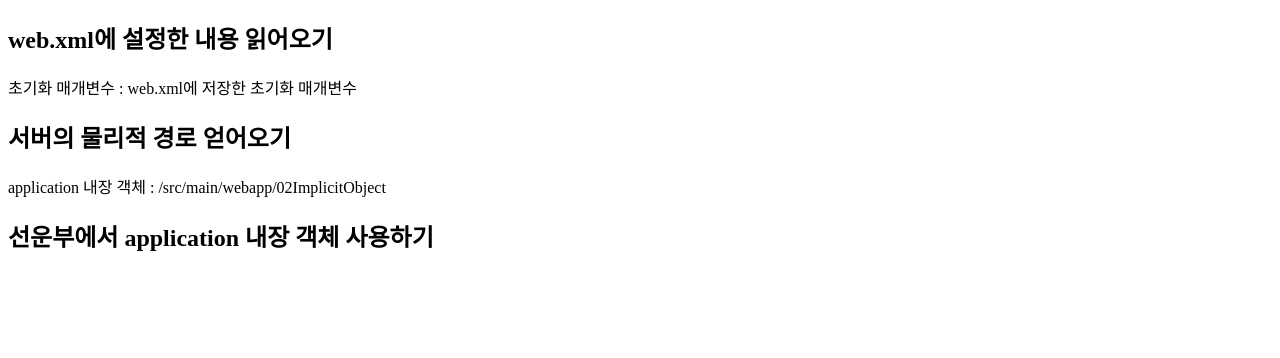
Repository: jjunyuongv/JSP_Servlet
Page: http://localhost/MustHHaveJSP/02ImplicitObject/ApplicationMain.jsp
These files come from the project's save history. The page is drawn as it stood at one moment and after the next save; the edit follows.
The browser window is 1280 px wide. The pictures show the whole page.
The page is served by Tomcat 10. Other server files are loaded and not shown.

Above is the page before, as saved 2025-05-07 01:07:34.

### MustHHaveJSP/src/main/webapp/02ImplicitObject/ApplicationMain.jsp
<%@ page language="java" contentType="text/html; charset=UTF-8"
    pageEncoding="UTF-8"%>
<!DOCTYPE html>
<html>
	<head>
	<meta charset="UTF-8">
	<title>내장 객체 - application</title>
	</head>
	<body>
		<h2>web.xml에 설정한 내용 읽어오기</h2>
		초기화 매개변수 : <%= application.getInitParameter("INIT_PARAM") %>

		<h2>서버의 물리적 경로 얻어오기</h2>
		application 내장 객체 : <%= application.getRealPath("/02ImplicitObject") %>

		<h2>선운부에서 application 내장 객체 사용하기</h2>
		<%!
		public String useImplicitObject() {
			return this.getServletContext().getRealPath("/02ImplicitObject");
		}
		%>


	</body>
</html>

After the next save:
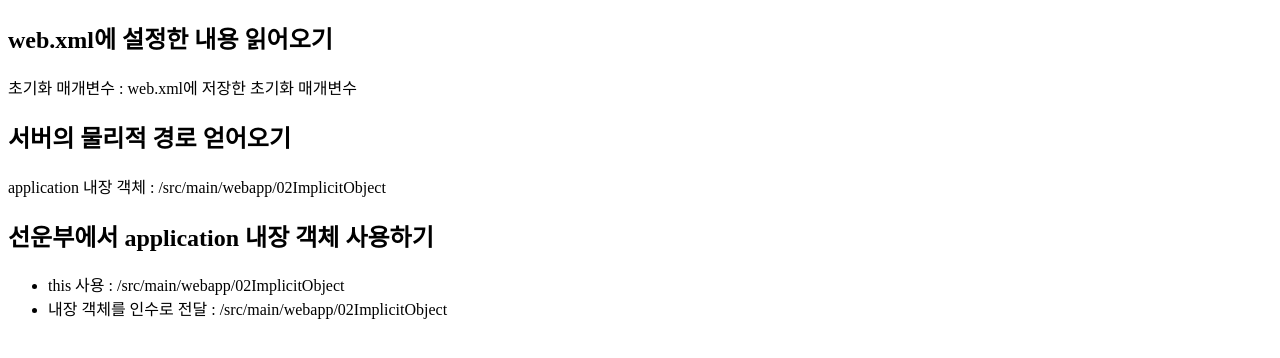
Saved 2 min 5 s later.
--- a/MustHHaveJSP/src/main/webapp/02ImplicitObject/ApplicationMain.jsp
+++ b/MustHHaveJSP/src/main/webapp/02ImplicitObject/ApplicationMain.jsp
@@ -18,8 +18,15 @@
 		public String useImplicitObject() {
 			return this.getServletContext().getRealPath("/02ImplicitObject");
 		}
+
+		public String useImplicitObject(ServletContext app) {
+			return app.getRealPath("/02ImplicitObject");
+		}
 		%>
-
+		<ul>
+			<li>this 사용 : <%= useImplicitObject() %></li>
+			<li>내장 객체를 인수로 전달 : <%= useImplicitObject(application) %></li>
+		</ul>
 
 	</body>
 </html>
